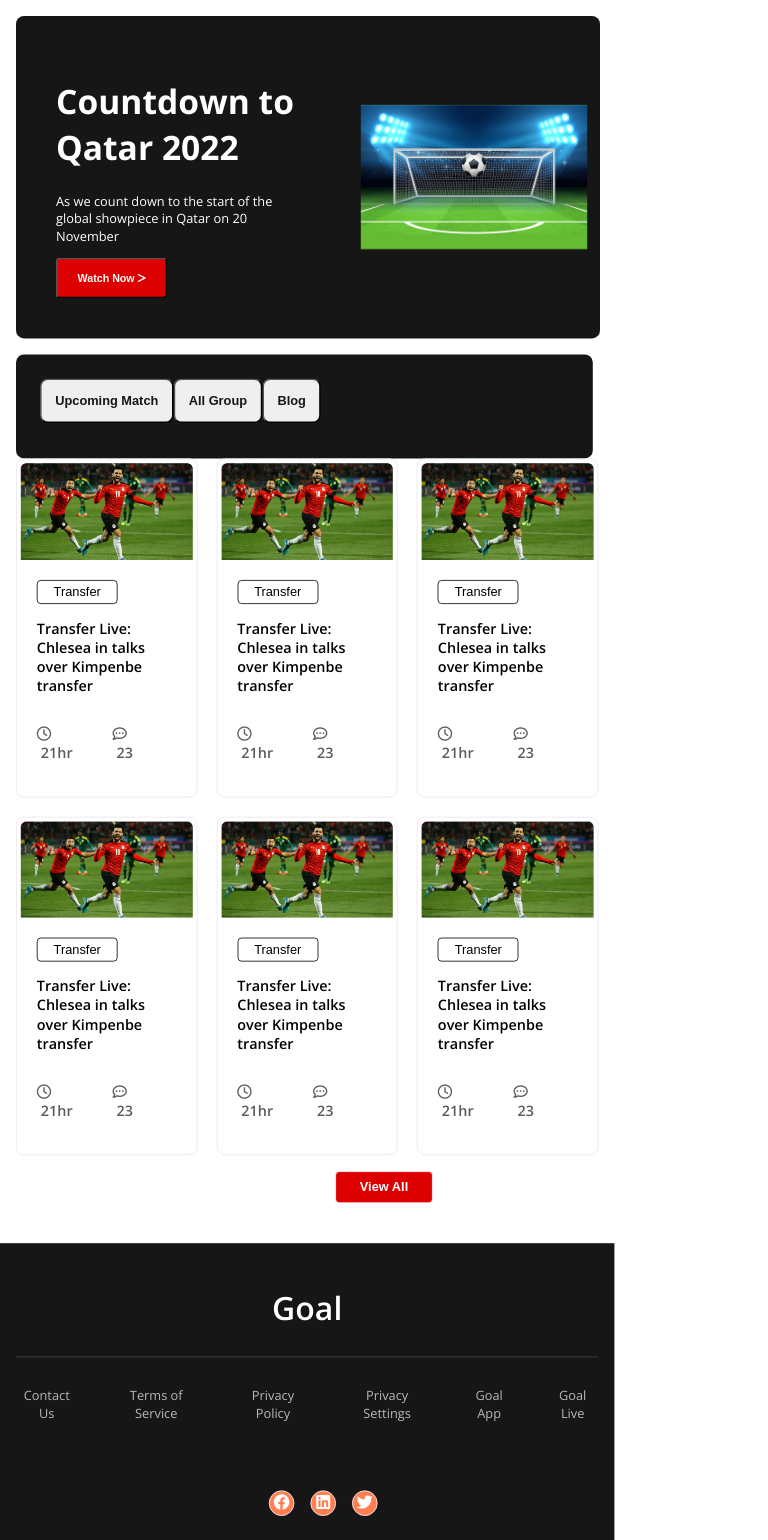
Repository: zjria/Qatar-world-cup
Page: index.html
An editor plug-in stored every save of this project. The page is shown before and after the next save, followed by the edit.
The browser window is 768 px wide. The page is 960 px wide, so the pictures cover 960 px, including what lies to the right of the window. The pictures show the whole page, at 80% of full size.

Above is the page before, as saved 2022-09-11 19:26:59.

After the next save:
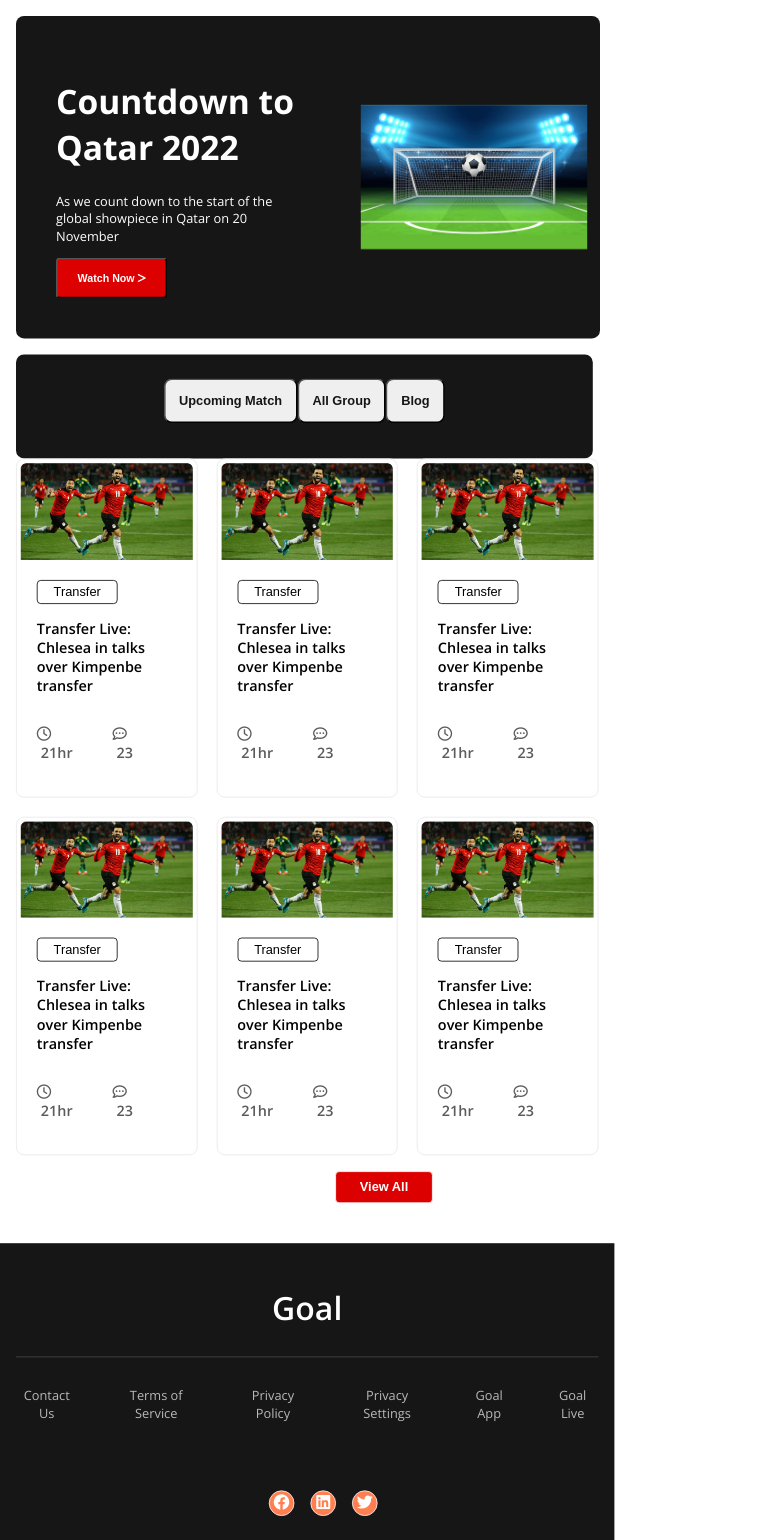
Saved 2 min 27 s later.
--- a/style.css
+++ b/style.css
@@ -416,4 +416,12 @@
         flex-direction: row;
         margin: 30px 30px 0px 30px;
     }
-}
+
+    .all-button {
+        display: flex;
+        flex-direction: row;
+        margin: 30px 30px 0px 30px;
+        align-items: center;
+        justify-content: center;
+    }
+}
